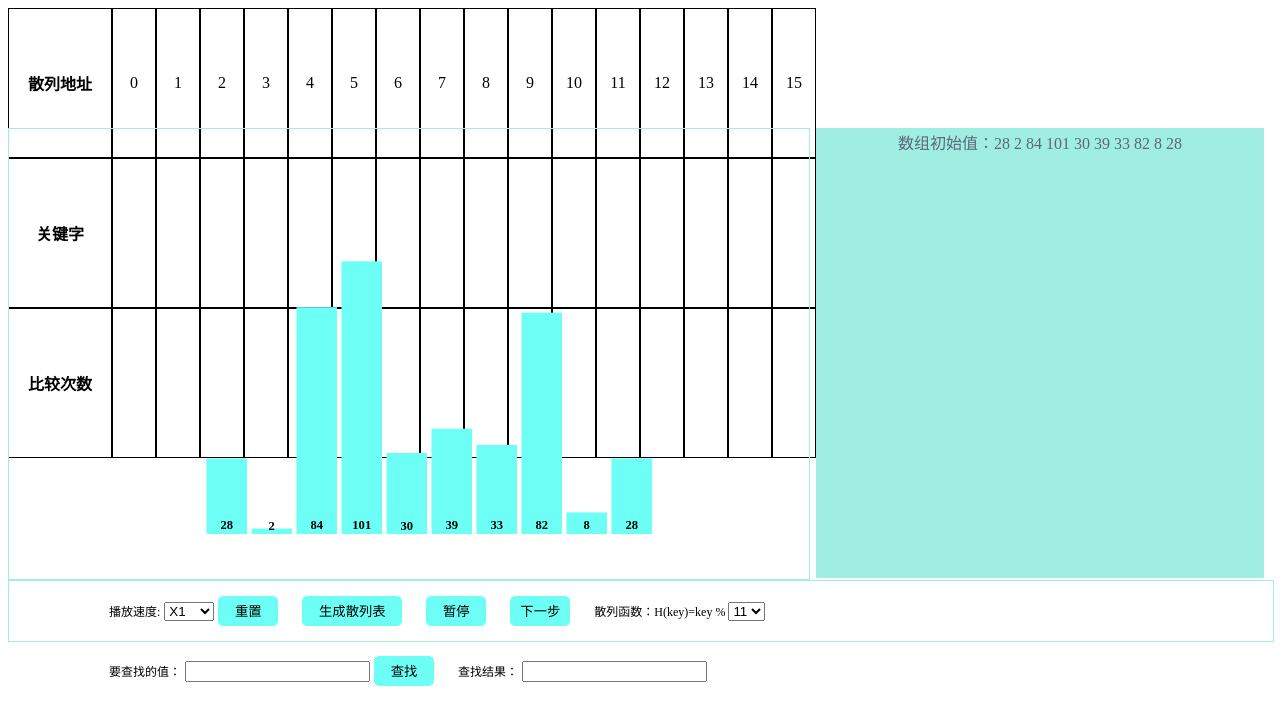
Repository: aaa615/Visualization-of-data-structure-algorithms
Page: dataStructure/WebContent/animation/search/hashSearch/hashSearch.html
These files come from the project's save history. The page is drawn as it stood at one moment and after the next save; the edit follows.
The browser window is 1280 px wide. The pictures show the whole page.

Above is the page before, as saved 2021-05-20 04:34:53.

After the next save:
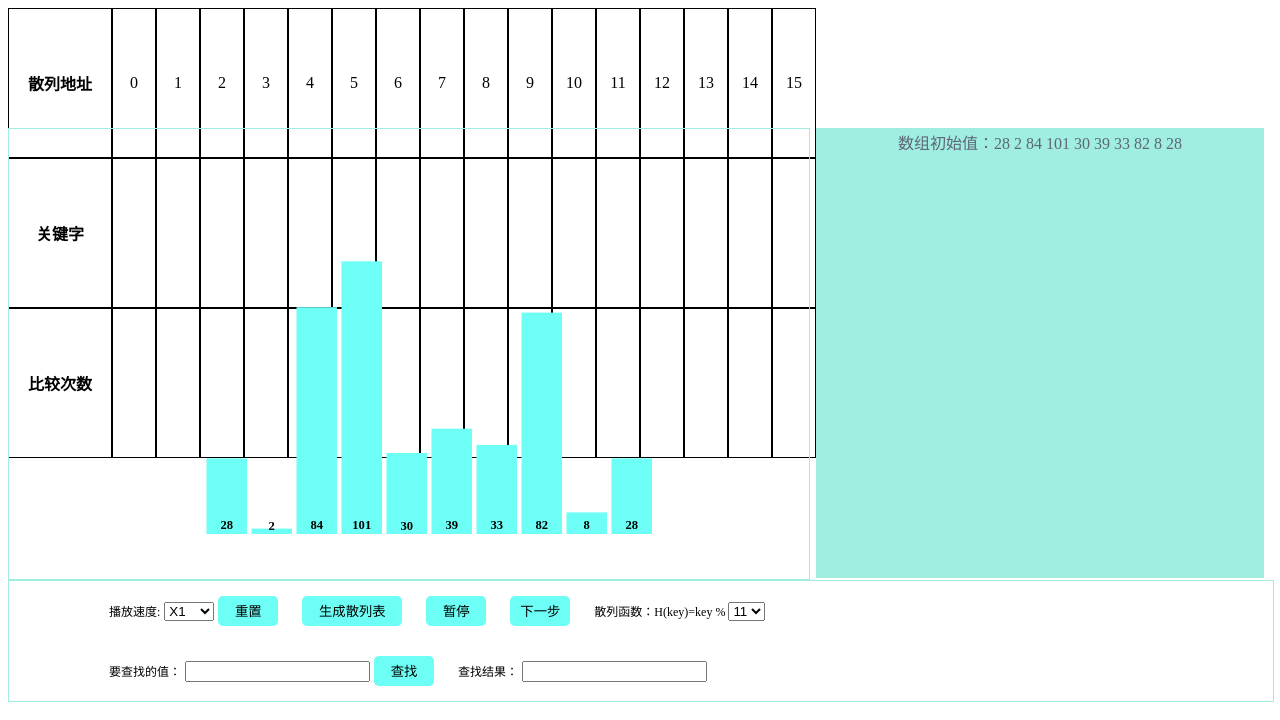
Saved 4 s later.
--- a/dataStructure/WebContent/animation/search/hashSearch/hashSearch.css
+++ b/dataStructure/WebContent/animation/search/hashSearch/hashSearch.css
@@ -54,7 +54,7 @@ td{
 	position: absolute;
     top: 580px;
     width: calc(100% - 100px - 1rem);
-    height: 60px;
+    height: 120px;
     border: 1px solid rgba(160,238,225,1);
     padding-left: 100px;
     text-align: left;
